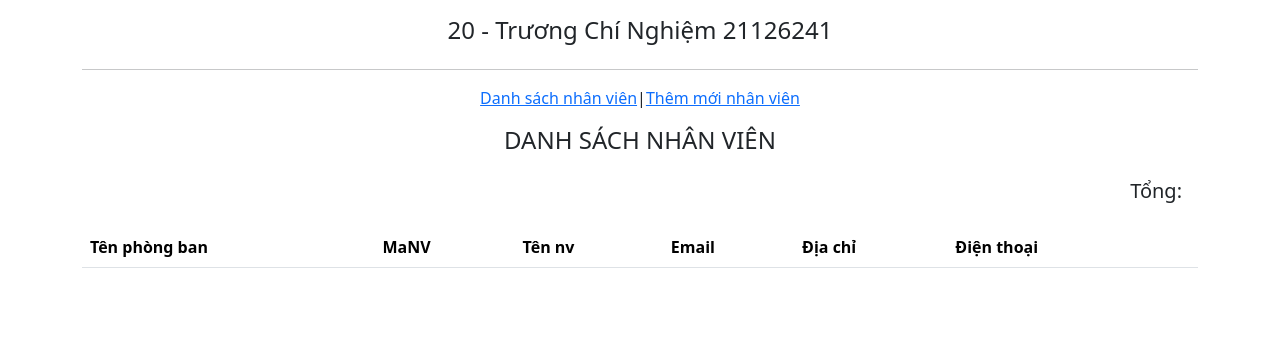
Repository: TruongChiNghiem1/wwwServlet
Page: http://localhost/20_TruongChiNghiem_21126241/views/ListNhanVien/index.jsp
These files come from the project's save history. The page is drawn as it stood at one moment and after the next save; the edit follows.
The browser window is 1280 px wide. The pictures show the whole page.
The page is served by Tomcat 10. The template is opened directly, without the code that normally fills it, so the values that code supplies are empty.

Above is the page before, as saved 2024-10-25 18:43:43.

After the next save:
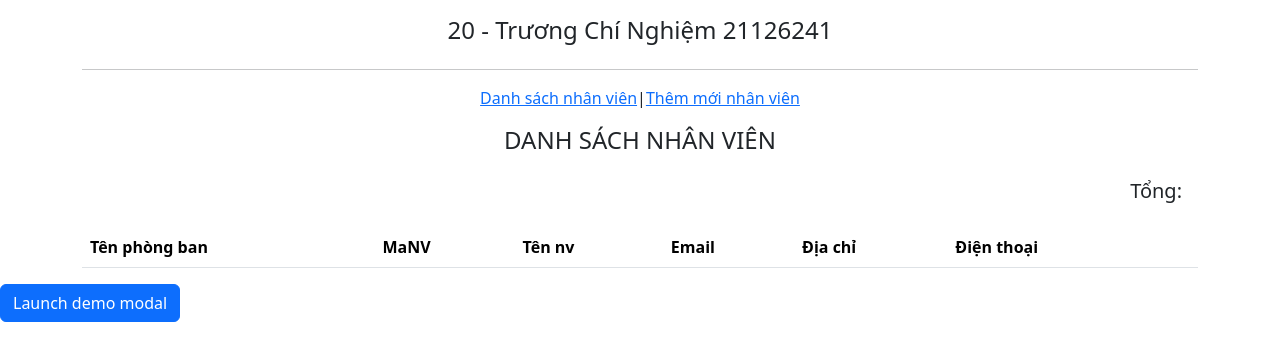
Saved 43 s later.
--- a/20_TruongChiNghiem_21126241/src/main/webapp/views/ListNhanVien/index.jsp
+++ b/20_TruongChiNghiem_21126241/src/main/webapp/views/ListNhanVien/index.jsp
@@ -63,6 +63,31 @@
 			</table>
 		</div>
 	</div>
+	<!-- Button trigger modal -->
+<button type="button" class="btn btn-primary" data-toggle="modal" data-target="#exampleModalLong">
+  Launch demo modal
+</button>
+
+<!-- Modal -->
+<div class="modal fade" id="exampleModalLong" tabindex="-1" role="dialog" aria-labelledby="exampleModalLongTitle" aria-hidden="true">
+  <div class="modal-dialog" role="document">
+    <div class="modal-content">
+      <div class="modal-header">
+        <h5 class="modal-title" id="exampleModalLongTitle">Modal title</h5>
+        <button type="button" class="close" data-dismiss="modal" aria-label="Close">
+          <span aria-hidden="true">&times;</span>
+        </button>
+      </div>
+      <div class="modal-body">
+        ...
+      </div>
+      <div class="modal-footer">
+        <button type="button" class="btn btn-secondary" data-dismiss="modal">Close</button>
+        <button type="button" class="btn btn-primary">Save changes</button>
+      </div>
+    </div>
+  </div>
+</div>
 	<c:forEach var="row" items="${rowsNhanVien}">
 		<div class="modal fade" id="exampleModal${row.maNV}" tabindex="-1"
 			role="dialog" aria-labelledby="exampleModalLabel${row.maNV}"
